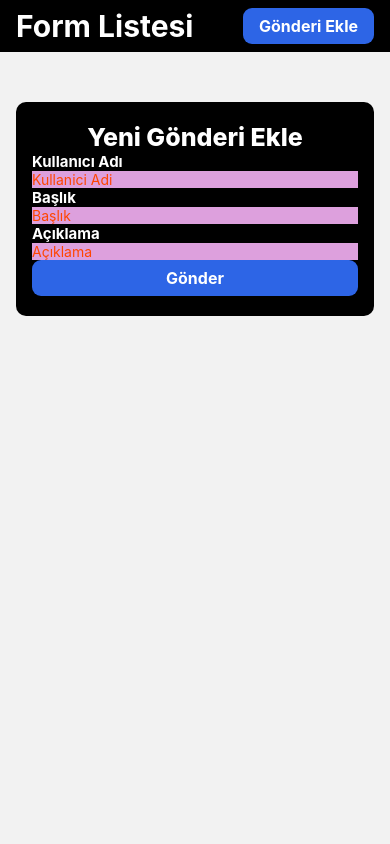
Repository: Kubraaygun/FirebaseRN
Screen: /
These files come from the project's save history. The screen is drawn as it stood at one moment and after the next save; the edit follows.
The app was drawn by React Native's web renderer in a window 390 px wide. The project was rebuilt for these pictures with package versions that can differ from the ones it lists, and the page was loaded fresh each time. Also part of the build but not shown: src/screens/ListPost/ListPostView.jsx, src/screens/ListPost/ListPostController.jsx.

Above is the screen before, as saved 2025-01-20 20:49:51.

### App.js
import {SafeAreaView, StyleSheet, Text, View} from 'react-native';
import React, {useState} from 'react';
import {createNativeStackNavigator} from '@react-navigation/native-stack';
import {NavigationContainer} from '@react-navigation/native';
import ListPostController from './src/screens/ListPost/ListPostController';
import AddPostController from './src/screens/AddPost/AddPostController';
import AppBar from './src/screens/component/AppBar';

const App = () => {
  const [activePage, setActivePage] = useState('Gönderiler');
  const Stack = createNativeStackNavigator();
  return (
    <SafeAreaView style={{flex: 1}}>
      <NavigationContainer>
        <AppBar activePage={activePage} setActivePage={setActivePage} />
        <Stack.Navigator
          screenOptions={{headerShown: false}}
          initialRouteName="AddPost">
          <Stack.Screen name="ListPost" component={ListPostController} />
          <Stack.Screen name="AddPost" component={AddPostController} />
        </Stack.Navigator>
      </NavigationContainer>
    </SafeAreaView>
  );
};

export default App;

const styles = StyleSheet.create({});

### src/screens/AddPost/AddPostController.jsx
import {StyleSheet, Text, View} from 'react-native';
import React from 'react';
import AddPostView from './AddPostView';

const AddPostController = () => {
  return <AddPostView />;
};

export default AddPostController;

const styles = StyleSheet.create({});

### src/screens/component/AppBar.jsx
import {StyleSheet, Text, View} from 'react-native';
import React from 'react';
import CustomButton from './CustomButton';
import {useNavigation} from '@react-navigation/native';

const AppBar = ({activePage, setActivePage}) => {
  const navigation = useNavigation();
  return (
    <View style={styles.container}>
      <Text style={styles.title}>Form Listesi</Text>
      {activePage === 'Gönderiler' ? (
        <CustomButton
          buttonTitle={'Gönderi Ekle'}
          onPress={() => {
            setActivePage('Gönderi Ekle');
            navigation.navigate('AddPost');
          }}
        />
      ) : (
        <CustomButton
          buttonTitle={'Gönderi Listesi'}
          onPress={() => {
            setActivePage('Gönderiler');
            navigation.navigate('ListPost');
          }}
        />
      )}
    </View>
  );
};

export default AppBar;

const styles = StyleSheet.create({
  container: {
    backgroundColor: '#000000',
    flexDirection: 'row',
    justifyContent: 'space-between',
    paddingHorizontal: 16,
    paddingVertical: 8,
    alignItems: 'center',
  },
  title: {
    color: 'white',
    fontSize: 30,
    fontWeight: '700',
  },
});

### src/screens/AddPost/AddPostView.jsx
import {StyleSheet, Text, TextInput, View} from 'react-native';
import React from 'react';
import CustomButton from '../component/CustomButton';

const AddPostView = () => {
  return (
    <View style={styles.form}>
      <Text style={styles.formTitle}>Yeni Gönderi Ekle</Text>
      <View style={styles.inputGroup}>
        <Text style={styles.label}>Kullanıcı Adı</Text>
        <TextInput
          style={styles.input}
          placeholder="Kullanici Adi"
          placeholderTextColor={'orangered'}
        />
      </View>

      <View style={styles.inputGroup}>
        <Text style={styles.label}>Başlık</Text>
        <TextInput
          style={styles.input}
          placeholder="Başlık"
          placeholderTextColor={'orangered'}
        />
      </View>

      <View style={styles.inputGroup}>
        <Text style={styles.label}>Açıklama</Text>
        <TextInput
          style={styles.input}
          placeholder="Açıklama"
          placeholderTextColor={'orangered'}
        />
      </View>

      <CustomButton buttonTitle={'Gönder'} />
    </View>
  );
};

export default AddPostView;

const styles = StyleSheet.create({
  form: {
    backgroundColor: 'black',
    marginVertical: 50,
    marginHorizontal: 16,
    paddingHorizontal: 16,
    paddingVertical: 20,
    borderRadius: 10,
  },
  formTitle: {
    color: '#FFFFFF',
    textAlign: 'center',
    fontSize: 25,
    fontWeight: '800',
  },
  label: {
    color: '#FFFFFF',
    fontSize: 15,
    fontWeight: '700',
  },
  input: {
    backgroundColor: 'plum',
  },
});

### src/screens/component/CustomButton.jsx
import {StyleSheet, Text, TouchableOpacity, View} from 'react-native';
import React from 'react';

const CustomButton = ({buttonTitle, onPress}) => {
  return (
    <TouchableOpacity onPress={onPress} style={styles.buttonContainer}>
      <Text style={styles.buttonTitle}>{buttonTitle}</Text>
    </TouchableOpacity>
  );
};

export default CustomButton;

const styles = StyleSheet.create({
  buttonContainer: {
    backgroundColor: '#2D65E6',
    paddingHorizontal: 16,
    paddingVertical: 8,
    borderRadius: 9,
    alignItems: 'center',
    justifyContent: 'center',
  },
  buttonTitle: {
    color: '#ffffff',
    fontSize: 16,
    fontWeight: '700',
  },
});

After the next save:
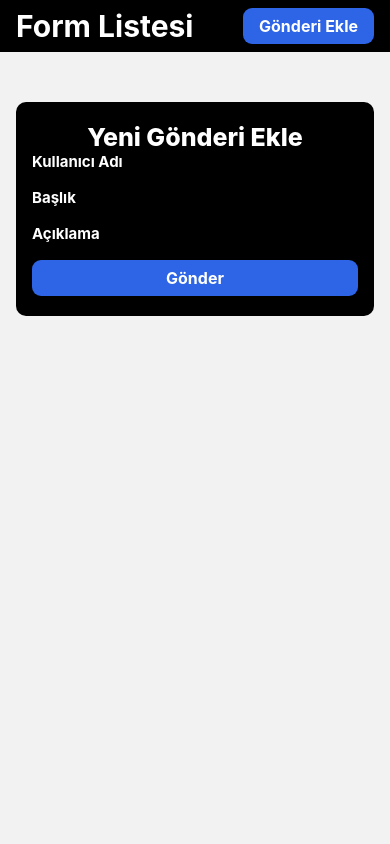
Saved 24 s later.
--- a/src/screens/AddPost/AddPostView.jsx
+++ b/src/screens/AddPost/AddPostView.jsx
@@ -11,7 +11,7 @@ const AddPostView = () => {
         <TextInput
           style={styles.input}
           placeholder="Kullanici Adi"
-          placeholderTextColor={'orangered'}
+          placeholderTextColor={'black'}
         />
       </View>
 
@@ -20,7 +20,7 @@ const AddPostView = () => {
         <TextInput
           style={styles.input}
           placeholder="Başlık"
-          placeholderTextColor={'orangered'}
+          placeholderTextColor={'black'}
         />
       </View>
 
@@ -29,7 +29,7 @@ const AddPostView = () => {
         <TextInput
           style={styles.input}
           placeholder="Açıklama"
-          placeholderTextColor={'orangered'}
+          placeholderTextColor={'black'}
         />
       </View>
 
@@ -61,6 +61,6 @@ const styles = StyleSheet.create({
     fontWeight: '700',
   },
   input: {
-    backgroundColor: 'plum',
+    backgroundColor: 'plu',
   },
 });
